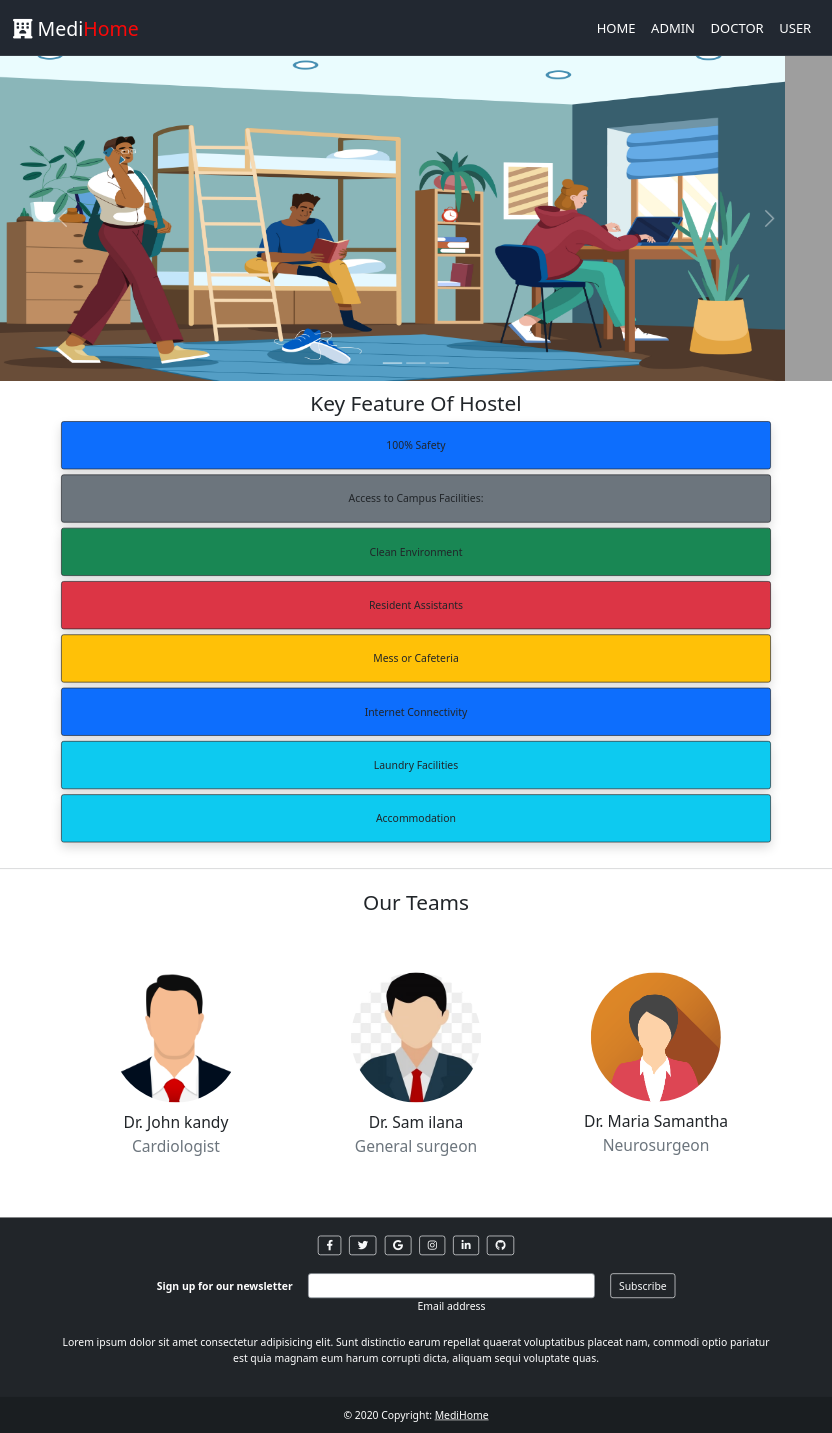
Repository: SparshGarg1/Hostel_Managment_System
Page: http://localhost/Hostel/
An editor plug-in stored every save of this project. The page is shown before and after the next save, followed by the edit.
The browser window is 1280 px wide. The pictures show the whole page, at 65% of full size.
Pictures or frames that could not be fetched are drawn as grey boxes. Some web libraries are served in a nearby version. The page is served by Tomcat 9.

Above is the page before, as saved 2023-06-17 05:14:34.

### Hostel/WebContent/index.jsp
<%@ page language="java" contentType="text/html; charset=ISO-8859-1"
    pageEncoding="ISO-8859-1"%>
<!DOCTYPE html PUBLIC "-//W3C//DTD HTML 4.01 Transitional//EN" "http://www.w3.org/TR/html4/loose.dtd">
<html>
<head>
<meta http-equiv="Content-Type" content="text/html; charset=ISO-8859-1">
<link rel="stylesheet" href="style.css">
<title>Insert title here</title>
<%@ include file="component/allcss.jsp" %>
</head>
<body>
<%@ include file="component/navbar.jsp" %>

<div id="carouselExampleIndicators" class="carousel slide" data-bs-ride="carousel">
  <div class="carousel-indicators">
    <button type="button" data-bs-target="#carouselExampleIndicators" data-bs-slide-to="0" class="active" aria-current="true" aria-label="Slide 1"></button>
    <button type="button" data-bs-target="#carouselExampleIndicators" data-bs-slide-to="1" aria-label="Slide 2"></button>
    <button type="button" data-bs-target="#carouselExampleIndicators" data-bs-slide-to="2" aria-label="Slide 3"></button>
  </div>
  <div class="carousel-inner">
    <div class="carousel-item active">
      <img src="img/hos1.jpg" class="d-block w-100" alt="..." height="500px">
    </div>
    <div class="carousel-item">
      <img src="img/hos2.jpg" class="d-block w-100" alt="..." height="500px">
    </div>
    <div class="carousel-item">
      <img src="img/hos3.jpg" class="d-block w-100" alt="..." height="500px">
    </div>
  </div>
  <button class="carousel-control-prev" type="button" data-bs-target="#carouselExampleIndicators" data-bs-slide="prev">
    <span class="carousel-control-prev-icon" aria-hidden="true"></span>
    <span class="visually-hidden">Previous</span>
  </button>
  <button class="carousel-control-next" type="button" data-bs-target="#carouselExampleIndicators" data-bs-slide="next">
    <span class="carousel-control-next-icon" aria-hidden="true"></span>
    <span class="visually-hidden">Next</span>
  </button>
</div>

<div class="container p-3">
<h1 class="text-center fs-2">Key Feature Of Hostel</h1>
<div class="card-columns">
  <div class="card bg-primary p-2 m-2 border-dark shadow rounded">
    <div class="card-body text-center">
      <p class="card-text font-weight-bold">100% Safety</p>
    </div>
  </div>
  <div class="card bg-secondary p-2 m-2 border-dark shadow rounded">
    <div class="card-body text-center">
      <p class="card-text font-weight-bold">Access to Campus Facilities:</p>
    </div>
  </div>
  <div class="card bg-success p-2 m-2 border-dark shadow rounded">
    <div class="card-body text-center">
      <p class="card-text">Clean Environment</p>
    </div>
  </div>
  <div class="card bg-danger p-2 m-2 border-dark shadow rounded">
    <div class="card-body text-center">
      <p class="card-text font-weight-bold">Resident Assistants</p>
    </div>
  </div>
  <div class="card bg-warning p-2 m-2 border-dark shadow rounded">
    <div class="card-body text-center">
      <p class="card-text font-weight-bold">Mess or Cafeteria</p>
    </div>
  </div>
  <div class="card bg-primary p-2 m-2 border-dark shadow rounded">
    <div class="card-body text-center">
      <p class="card-text font-weight-bold">Internet Connectivity</p>
    </div>

  </div>
  <div class="card bg-info p-2 m-2 border-dark shadow rounded">
    <div class="card-body text-center">
      <p class="card-text font-weight-bold">Laundry Facilities</p>
    </div>
  </div>
  <div class="card bg-info p-2 m-2 border-dark shadow rounded">
    <div class="card-body text-center">
      <p class="card-text font-weight-bold">Accommodation</p>
    </div>
  </div>
</div>
</div>
<hr>


<div class="container p-3">
<h1 class="text-center fs-2">Our Teams</p>
<div class="py-5 text-center text-info background-info" style="">
<div class="container">
<div class="row">
<div class="col-lg-4 col-md-6 p-4"> <img class="img-fluid d-block mb-3 mx-auto rounded-circle" alt="Card image cap" width="200" src="img/doc-1.jpg">
<h4 class="text-dark">Dr. John kandy</h4>
<h4 class="mb-0 text-secondary">Cardiologist</h4>
</div>
<div class="col-lg-4 col-md-6 p-4"> <img class="img-fluid d-block mb-3 mx-auto rounded-circle" src="img/doc-2.jpg" alt="Card image cap" width="200">
<h4 class="text-dark">Dr. Sam ilana</h4>
<h4 class="mb-0 text-secondary">General surgeon</h4>
</div>
<div class="col-lg-4 p-4"> <img class="img-fluid d-block mb-3 mx-auto rounded-circle" src="img/doc-3.jpg" width="200">
<h4 class="text-dark">Dr. Maria Samantha</h4>
<h4 class="mb-0 text-secondary">Neurosurgeon</h4>
</div>
</div>
</div>
</div>
</div>


<!-- Footer -->
<footer class="bg-dark text-center text-white">
  <!-- Grid container -->
  <div class="container p-4">
    <!-- Section: Social media -->
    <section class="mb-4">
      <!-- Facebook -->
      <a class="btn btn-outline-light btn-floating m-1" href="#!" role="button"
        ><i class="fab fa-facebook-f"></i
      ></a>

      <!-- Twitter -->
      <a class="btn btn-outline-light btn-floating m-1" href="#!" role="button"
        ><i class="fab fa-twitter"></i
      ></a>

      <!-- Google -->
      <a class="btn btn-outline-light btn-floating m-1" href="#!" role="button"
        ><i class="fab fa-google"></i
      ></a>

      <!-- Instagram -->
      <a class="btn btn-outline-light btn-floating m-1" href="#!" role="button"
        ><i class="fab fa-instagram"></i
      ></a>

      <!-- Linkedin -->
      <a class="btn btn-outline-light btn-floating m-1" href="#!" role="button"
        ><i class="fab fa-linkedin-in"></i
      ></a>

      <!-- Github -->
      <a class="btn btn-outline-light btn-floating m-1" href="#!" role="button"
        ><i class="fab fa-github"></i
      ></a>
    </section>
    <!-- Section: Social media -->

    <!-- Section: Form -->
    <section class="">
      <form action="">
        <!--Grid row-->
        <div class="row d-flex justify-content-center">
          <!--Grid column-->
          <div class="col-auto">
            <p class="pt-2">
              <strong>Sign up for our newsletter</strong>
            </p>
          </div>
          <!--Grid column-->

          <!--Grid column-->
          <div class="col-md-5 col-12">
            <!-- Email input -->
            <div class="form-outline form-white mb-4">
              <input type="email" id="form5Example21" class="form-control" />
              <label class="form-label" for="form5Example21">Email address</label>
            </div>
          </div>
          <!--Grid column-->

          <!--Grid column-->
          <div class="col-auto">
            <!-- Submit button -->
            <button type="submit" class="btn btn-outline-light mb-4">
              Subscribe
            </button>
          </div>
          <!--Grid column-->
        </div>
        <!--Grid row-->
      </form>
    </section>
    <!-- Section: Form -->

    <!-- Section: Text -->
    <section class="mb-4">
      <p>
        Lorem ipsum dolor sit amet consectetur adipisicing elit. Sunt distinctio earum
        repellat quaerat voluptatibus placeat nam, commodi optio pariatur est quia magnam
        eum harum corrupti dicta, aliquam sequi voluptate quas.
      </p>
    </section>
    <!-- Section: Text -->

    <!-- Section: Links -->
   <!--  <section class="">
      Grid row
      <div class="row">
        Grid column
        <div class="col-lg-3 col-md-6 mb-4 mb-md-0">
          <h5 class="text-uppercase">Links</h5>

          <ul class="list-unstyled mb-0">
            <li>
              <a href="#!" class="text-white">Home</a>
            </li>
            <li>
              <a href="#!" class="text-white">Admin</a>
            </li>
            <li>
              <a href="#!" class="text-white">Doctor</a>
            </li>
            <li>
              <a href="#!" class="text-white">User</a>
            </li>
          </ul>
        </div>
      </div>
      Grid row
    </section> -->
    <!-- Section: Links -->
  </div>
  <!-- Grid container -->

  <!-- Copyright -->
  <div class="text-center p-3" style="background-color: rgba(0, 0, 0, 0.2);">
    © 2020 Copyright:
    <a class="text-white" href="index.jsp">MediHome</a>
  </div>
  <!-- Copyright -->
</footer>
<!-- Footer -->


</body>
</html>

### Hostel/WebContent/component/allcss.jsp
<link rel="stylesheet" href="https://cdnjs.cloudflare.com/ajax/libs/font-awesome/6.1.2/css/all.min.css" integrity="sha512-1sCRPdkRXhBV2PBLUdRb4tMg1w2YPf37qatUFeS7zlBy7jJI8Lf4VHwWfZZfpXtYSLy85pkm9GaYVYMfw5BC1A==" crossorigin="anonymous" referrerpolicy="no-referrer" />
<link href="https://cdn.jsdelivr.net/npm/bootstrap@5.0.2/dist/css/bootstrap.min.css" rel="stylesheet" integrity="sha384-EVSTQN3/azprG1Anm3QDgpJLIm9Nao0Yz1ztcQTwFspd3yD65VohhpuuCOmLASjC" crossorigin="anonymous">
<script src="https://cdn.jsdelivr.net/npm/bootstrap@5.0.2/dist/js/bootstrap.bundle.min.js" integrity="sha384-MrcW6ZMFYlzcLA8Nl+NtUVF0sA7MsXsP1UyJoMp4YLEuNSfAP+JcXn/tWtIaxVXM" crossorigin="anonymous"></script>

### Hostel/WebContent/component/navbar.jsp
<!-- <nav class="navbar navbar-expand-lg navbar-dark bg-success">
  <div class="container-fluid">
    <a class="navbar-brand" href="index.jsp"><i class="fas fa-clinic-medical"></i> Medi Home</a>
    <button class="navbar-toggler" type="button" data-bs-toggle="collapse" data-bs-target="#navbarSupportedContent" aria-controls="navbarSupportedContent" aria-expanded="false" aria-label="Toggle navigation">
      <span class="navbar-toggler-icon"></span>
    </button>
    <div class="collapse navbar-collapse" id="navbarSupportedContent">
      <ul class="navbar-nav ms-auto mb-2 mb-lg-0">
        <li class="nav-item">
          <a class="nav-link active" aria-current="page" href="admin_login.jsp"><i class="fas fa-sign-in-alt"></i> ADMIN</a>
        </li>
        <li class="nav-item">
          <a class="nav-link active" aria-current="page" href="doctor_login.jsp">DOCTOR</a>
        </li>
        <li class="nav-item">
          <a class="nav-link active" aria-current="page" href="#">APPOINMENT</a>
        </li>
        <li class="nav-item">
          <a class="nav-link active" aria-current="page" href="user_login.jsp">USER</a>
        </li>
        <li class="nav-item dropdown">
          <a class="nav-link dropdown-toggle" href="#" id="navbarDropdown" role="button" data-bs-toggle="dropdown" aria-expanded="false">
            Dropdown
          </a>
          <ul class="dropdown-menu" aria-labelledby="navbarDropdown">
            <li><a class="dropdown-item" href="#">Action</a></li>
            <li><a class="dropdown-item" href="#">Another action</a></li>
            <li><hr class="dropdown-divider"></li>
            <li><a class="dropdown-item" href="#">Something else here</a></li>
          </ul>
        </li>


      </ul>
    </div>
  </div>
</nav> -->
<style>
<!--
.header{

    width: 100%;
    background-image: url("img/banner.jpg");
    background-position: center;
    background-repeat: no-repeat;
    background-size: cover;
    position: relative;
}
nav{
    display: flex;
    justify-content: space-between;
    align-items: center;
    background-color: #222831;
}
.logo{
    margin: 20px;
}
.logo a:hover{
    font-size: 40px;
}
.logo a{
    text-decoration: none;
    font-size: 30px;
    color: white;
}
.logo span{
    color: rgb(251, 8, 8);
    font-size: 30px;
}
.nav-links{
   text-align: right;
}
.nav-links ul{
    display: flex;
    margin: 20px;
}
.nav-links ul li{
    display: flex;
    display: inline-block;
    padding: 8px 12px;
    position: relative;
}
.nav-links ul li a{
    text-decoration: none;
    font-size: 20px;
    color: #fff;
}

.nav-links ul li a:hover{
    background-color: gray;
    color: black;
    padding: 15px;
    border: 3px solid black;
    border-radius: 12px;
    margin: 3px;
}
nav .fa{
    display: none;
}
@media(max-width: 700px){

    .nav-links ul {
        display: flex;
        flex-direction: column;
     }
     .nav-links ul li{
        margin-bottom: 25%;
        margin-top: 25%;
     }
    .nav-links ul li a{
        color: black;
        font-weight: 600;
     }


     .nav-links{
        position: absolute;
        top: 0;
        right: -200px;
        background-color: orange;
        height: 100vh;
        width: 200px;
        z-index: 1;
        text-align: left;
     }
     nav .fa{
         display: block;
         color: #fff;
         margin: 10px;
         font-size: 22px;
     }
     .nav-links ul{
         padding: 30px;
         transition-delay: 2s;
     }
}
/* .text-area{
    border: 2px solid green;
    position: relative;
    margin: auto;
    top: 20vh;
    width: 90%;
}
.text-area h3{
    color: rgb(87, 21, 21);
    font-size: 28px;
}
.text-area h1{
    font-size: 35px;
} */


.h1_tag{

        font-size: 36px;
        font-weight: 600;
        text-align: center;
    }

.h3_tag{

        font-size: 20px;
        text-align: center;
        color: crimson;
    }
-->
</style>
<section class="header" id="header">
      <nav>
        <div class="logo" ><a href="index.html"><i class="fas fa-hotel"></i> Medi<span>Home</span></a></div>
        <div class="nav-links" id="navLinks">
            <i class="fa fa-window-close" aria-hidden="true" onclick="hideMenu()"></i>
            <ul>
                <li><a href="index.jsp">HOME</a></li>
                <li><a href="admin_login.jsp">ADMIN</a></li>
                <li><a href="doctor_login.jsp">DOCTOR</a></li>
                <li><a href="user_login.jsp">USER</a></li>
            </ul>
        </div>
        <i class="fa fa-bars" aria-hidden="true" onclick="showMenu()"></i>
      </nav>
      <!-- <div class="text-area">
        <h3>Hello, my name is</h3>
        <h1>Sparsh Garg</h1>
        <h3>and I'm a Developer</h3>
      </div> -->
    </section>

### Hostel/WebContent/style.css
.doctors .box-container{
    display: grid;
    grid-template-columns: repeat(auto-fit, minmax(30rem, 1fr));
    gap:2rem;
}

.doctors .box-container .box{
    text-align: center;
    background:#fff;
    border-radius: .5rem;
    border:var(--border);
    box-shadow: var(--box-shadow);
    padding:2rem;
}

.doctors .box-container .box img{
    height: 20rem;
    border:var(--border);
    border-radius: .5rem;
    margin-top: 1rem;
    margin-bottom: 1rem;
}

.doctors .box-container .box h3{
    color:var(--black);
    font-size: 2.5rem;
}

.doctors .box-container .box span{
    color:var(--green);
    font-size: 1.5rem;
}

.doctors .box-container .box .share{
    padding-top: 2rem;
}

.doctors .box-container .box .share a{
    height: 5rem;
    width: 5rem;
    line-height: 4.5rem;
    font-size: 2rem;
    color:var(--green);
    border-radius: .5rem;
    border:var(--border);
    margin:.3rem;
}

.doctors .box-container .box .share a:hover{
    background:var(--green);
    color:#fff;
    box-shadow: var(--box-shadow);
}
.heading{
    text-align: center;
    padding-bottom: 2rem;
    text-shadow: var(--text-shadow);
    text-transform: uppercase;
    color:var(--black);
    font-size: 5rem;
    letter-spacing: .4rem;
}

After the next save:
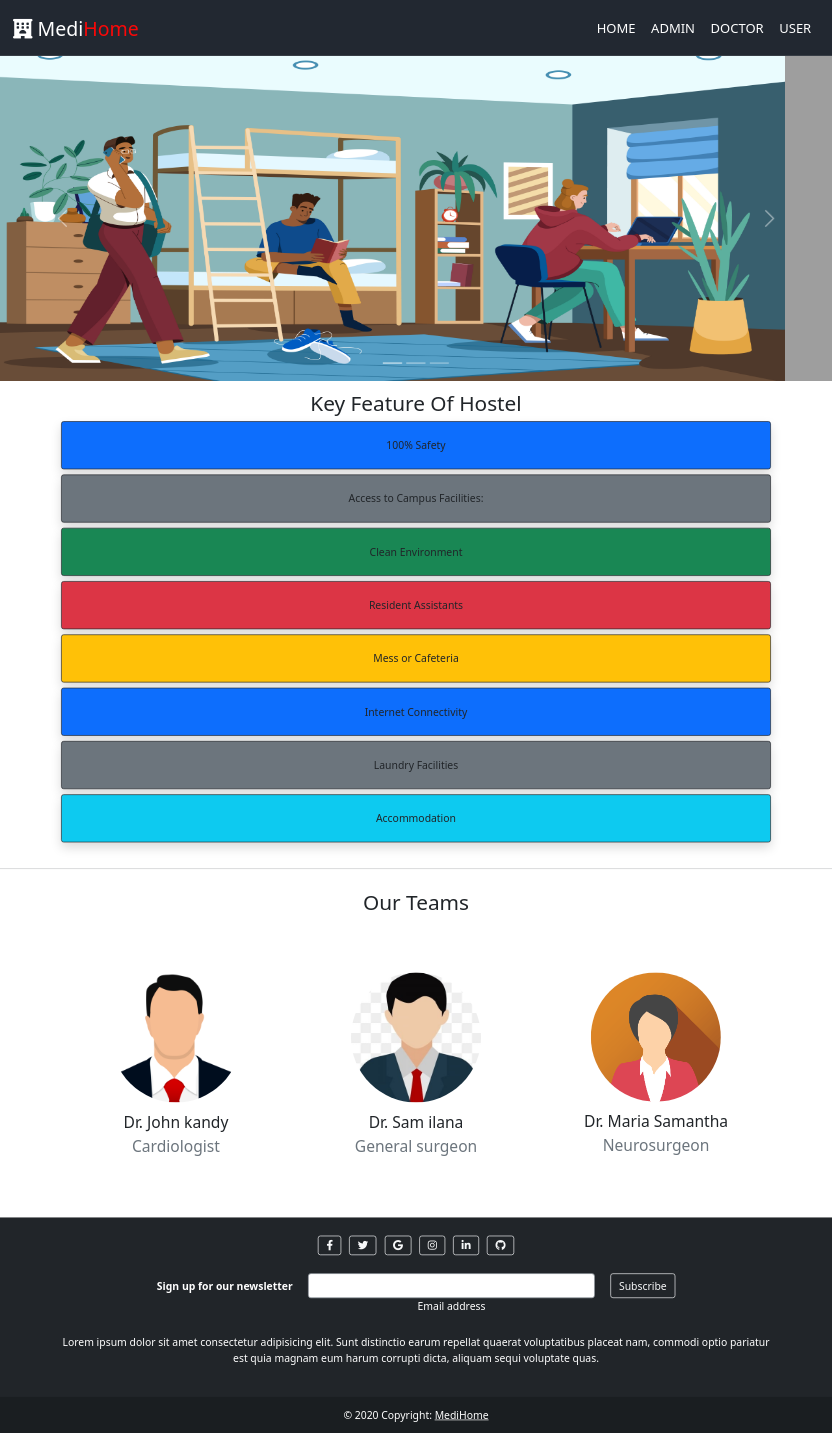
Saved 19 s later.
--- a/Hostel/WebContent/index.jsp
+++ b/Hostel/WebContent/index.jsp
@@ -72,7 +72,7 @@
     </div>
 
   </div>
-  <div class="card bg-info p-2 m-2 border-dark shadow rounded">
+  <div class="card bg-secondary p-2 m-2 border-dark shadow rounded">
     <div class="card-body text-center">
       <p class="card-text font-weight-bold">Laundry Facilities</p>
     </div>
